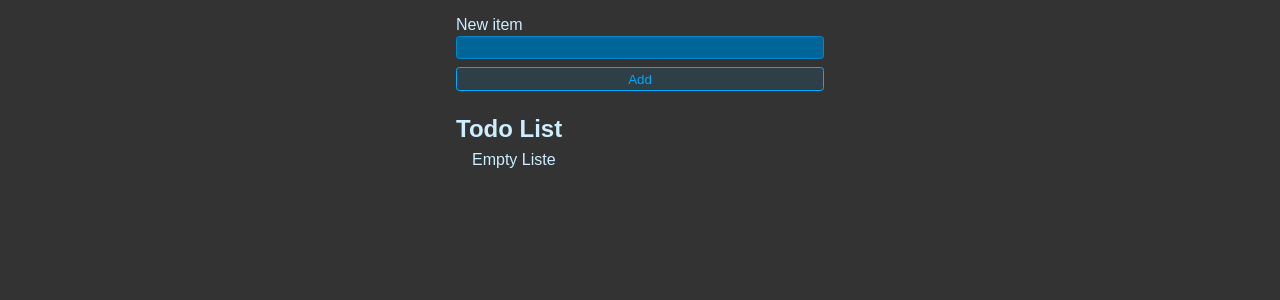
Repository: sinarinzifabrice/ToDoList
Page: /
An editor plug-in stored every save of this project. The page is shown before and after a run of saves, followed by the edit.
The browser window is 1280 px wide. The pictures show the whole page.
The project was rebuilt for these pictures with package versions that can differ from the ones it lists, and the page was loaded fresh each time. Also part of the build but not shown: vite.config.js.

Above is the page before, as saved 2023-12-19 22:13:36.

### src/App.jsx
import { useImperativeHandle, useState } from "react"
import "./styles.css"
import { NewTodoForm } from "./NewTodoForm";

export default function App(){

  const [todos, setTodos] = useState([]);

  function addTodo(title){

    setTodos(currentTodos => {
      return [
        ...currentTodos,
        {id: crypto.randomUUID(),
        title, completed: false},
      ]
    })

  }

  function toggleTodo(id, completed){
    setTodos(currentTodos => {
      return currentTodos.map( todo =>{
        if(todo.id === id){
          return {...todo, completed }
        }
        return todo
      })
    } )
  }

  function deleteTodo(id){
    setTodos(currentTodos =>{
      return currentTodos.filter(todo => todo.id !== id)
    })
  }

  return (
        <>
          <NewTodoForm />
          <h1 className="header">Todo List</h1>
          <ul className="list">
          {todos.length === 0 && "Empty Liste"}
            {todos.map( todo => {
              return(<li key={todo.id}>
                <label>
                  <input type="checkbox"
                  onChange={e => toggleTodo(todo.is, e.target.checked)}
                  checked={todos.completed}/>
                  {todo.title}
                  <button onClick={()=> deleteTodo(todo.id)} className="btn btn-danger">Delete</button>
                </label>
              </li>)

            })}

          </ul>
        </>
  )
}

### src/NewTodoForm.jsx
import {useState} from 'react'




export function NewTodoForm(props) {

  const [newItem, setnewItem] = useState("");

  function handleSubmit(e){
    e.preventDefault();

    if(newItem === "") return

    props.addTodo(newItem)
    setnewItem("");
  }


  return (
    <form onSubmit={handleSubmit} className="new-item-form">
        <div className="form-row">
            <label htmlFor="item">New item</label>
            <input type="text"
            value={newItem}
            onChange={e => setnewItem(e.target.value)}
            id="item"/>
        </div>
        <button className="btn">Add</button>
    </form>
  )
}

Loaded but not shown: index.html (common file); src/main.jsx (common file); src/styles.css (common file)

After the next 7 saves:
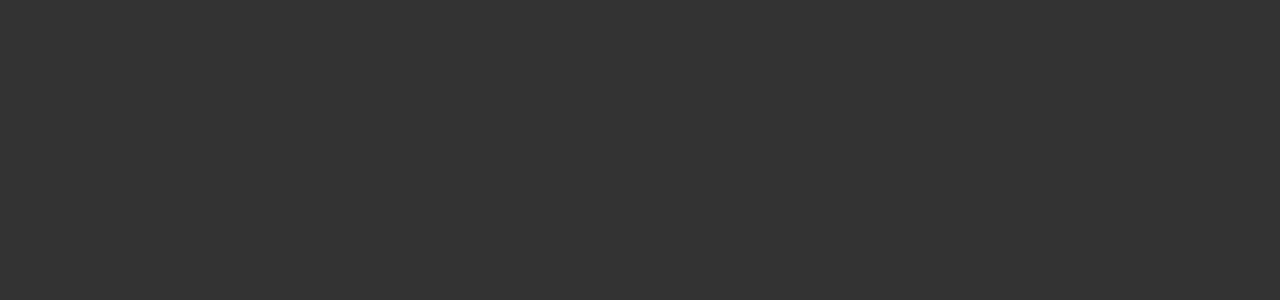
Console error: ReferenceError: add is not defined
The 7 saves are shown as one change because 2 did not build or start and some came seconds apart.
The last was saved 36 s later.
--- a/src/App.jsx
+++ b/src/App.jsx
@@ -37,7 +37,7 @@
 
   return (
         <>
-          <NewTodoForm />
+          <NewTodoForm onSubmit={add} />
           <h1 className="header">Todo List</h1>
           <ul className="list">
           {todos.length === 0 && "Empty Liste"}

After the save that followed:
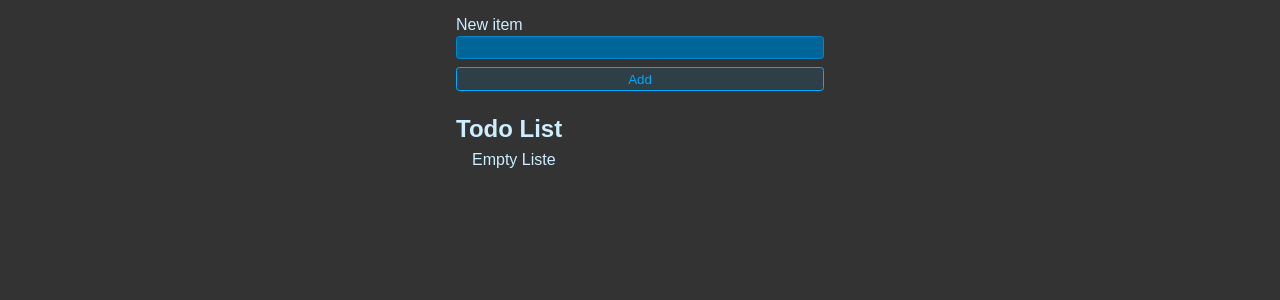
The error is gone.
Saved 4 s later.
--- a/src/App.jsx
+++ b/src/App.jsx
@@ -37,7 +37,7 @@
 
   return (
         <>
-          <NewTodoForm onSubmit={add} />
+          <NewTodoForm onSubmit={addTodo} />
           <h1 className="header">Todo List</h1>
           <ul className="list">
           {todos.length === 0 && "Empty Liste"}
